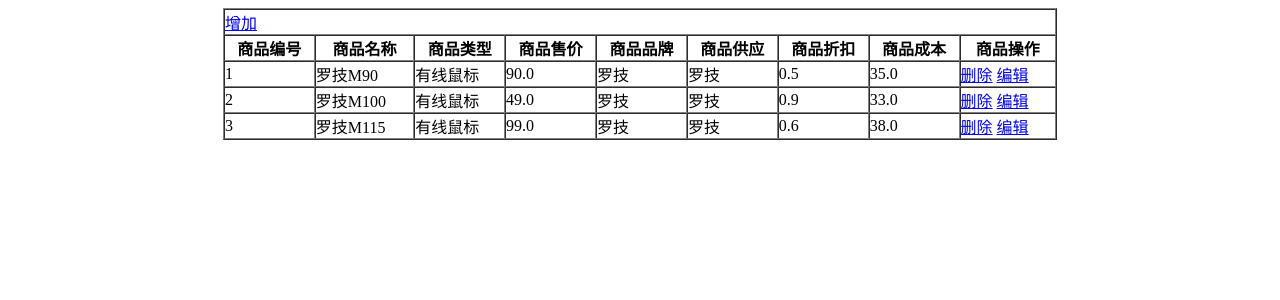
Repository: qyl1006/JavaApps
Page: workspace/html/WebContent/hello/list03.html
The author's editor kept a copy of each file at every save. The page is drawn from the files as they stood at one save, then again after the next save.
The browser window is 1280 px wide. The pictures show the whole page.

Above is the page before, as saved 2018-02-27 10:57:09.

### workspace/html/WebContent/hello/list03.html
<!DOCTYPE html PUBLIC "-//W3C//DTD HTML 4.01 Transitional//EN" "http://www.w3.org/TR/html4/loose.dtd">
<html>
<head>
<meta http-equiv="Content-Type" content="text/html; charset=UTF-8">
<title>Insert title here</title>
</head>
<body>
	<table align="center" border="1" width="66%" cellpadding="0" cellspacing="0">

		<tr>
			<td colspan="9">
				<a href="#">增加</a>
			</td>
		</tr>
		<tr>
			<th>商品编号</th>
			<th>商品名称</th>
			<th>商品类型</th>
			<th>商品售价</th>
			<th>商品品牌</th>
			<th>商品供应</th>
			<th>商品折扣</th>
			<th>商品成本</th>
			<th>商品操作</th>
		</tr>
		<tr>
			<td>1</td>
			<td>罗技M90</td>
			<td>有线鼠标</td>
			<td>90.0</td>
			<td>罗技</td>
			<td>罗技</td>
			<td>0.5</td>
			<td>35.0</td>
			<td>
				<a href="#">删除</a>
				<a href="#">编辑</a>
			</td>
		</tr>
		<tr>
			<td>2</td>
			<td>罗技M100</td>
			<td>有线鼠标</td>
			<td>49.0</td>
			<td>罗技</td>
			<td>罗技</td>
			<td>0.9</td>
			<td>33.0</td>
			<td>
				<a href="#">删除</a>
				<a href="#">编辑</a>
			</td>
		</tr>
		<tr>
			<td>3</td>
			<td>罗技M115</td>
			<td>有线鼠标</td>
			<td>99.0</td>
			<td>罗技</td>
			<td>罗技</td>
			<td>0.6</td>
			<td>38.0</td>
			<td>
				<a href="#">删除</a>
				<a href="#">编辑</a>
			</td>
		</tr>
	</table>
</body>
</html>

After the next save:
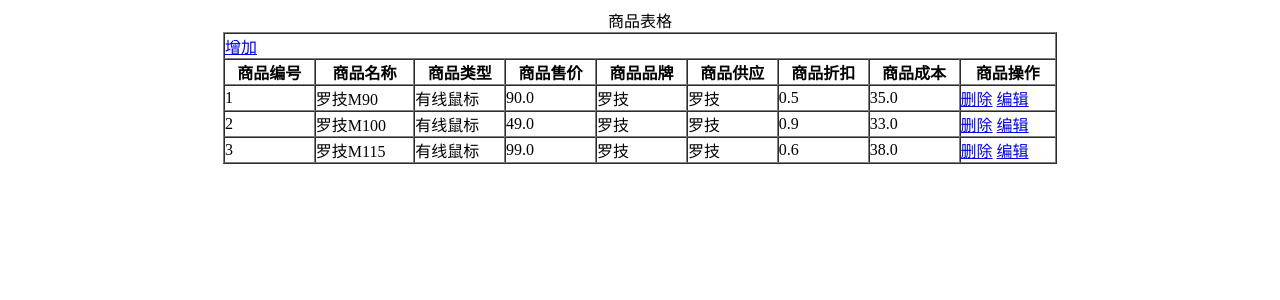
Saved 20 s later.
--- a/workspace/html/WebContent/hello/list03.html
+++ b/workspace/html/WebContent/hello/list03.html
@@ -6,7 +6,7 @@
 </head>
 <body>
 	<table align="center" border="1" width="66%" cellpadding="0" cellspacing="0">
-
+		<caption>商品表格</caption>
 		<tr>
 			<td colspan="9">
 				<a href="#">增加</a>
